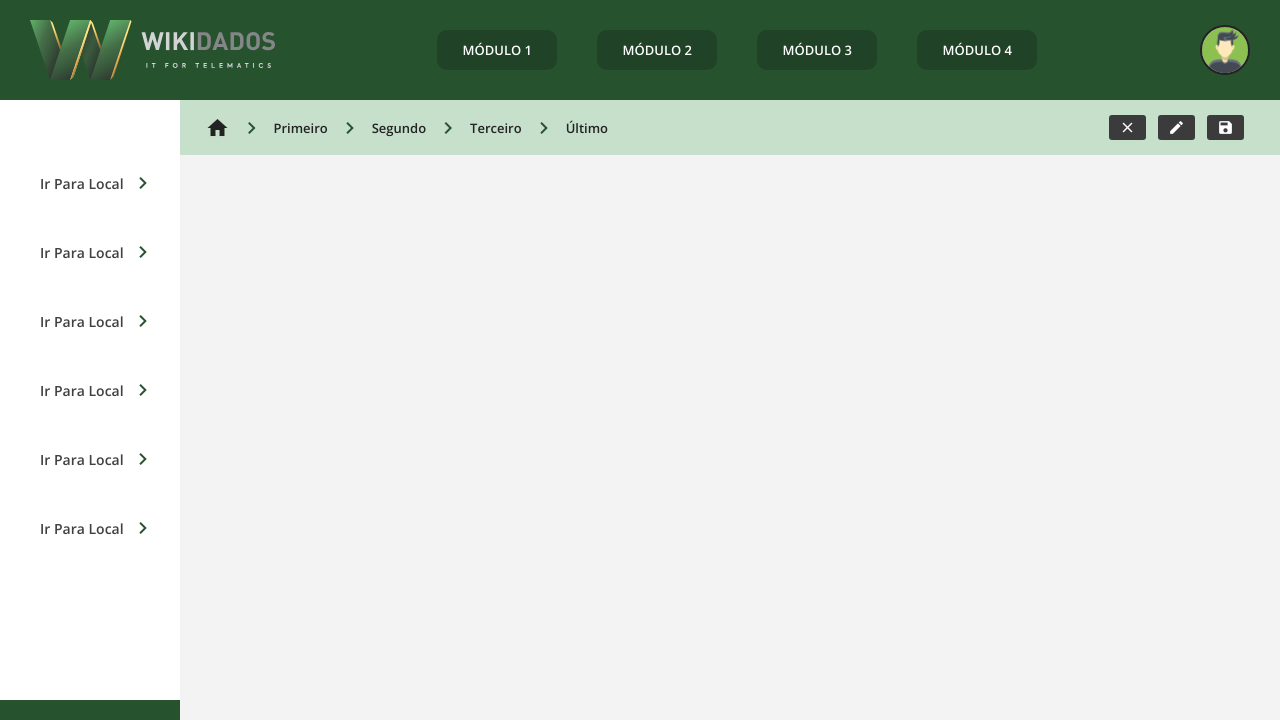
Repository: AlexDjon/alexdjon.github.io
Page: wiki-relayout/index.html
These files come from the project's save history. The page is drawn as it stood at one moment and after the next save; the edit follows.
The browser window is 1280 px wide. The pictures show the whole page.

Above is the page before, as saved 2020-08-12 16:00:43.

### wiki-relayout/index.html
<!DOCTYPE html>
<html lang="pt-br">

<head>
  <meta charset="UTF-8">
  <meta name="viewport" content="width=device-width, initial-scale=1.0">
  <title>Wiki - Relayout</title>

  <link rel="shotcut icon" href="https://wikidados.com.br/assets/wiki/img/logos/favicon.ico">
  <link href="https://fonts.googleapis.com/icon?family=Material+Icons" rel="stylesheet">
  <link href="https://fonts.googleapis.com/css2?family=Open+Sans:wght@400;600;700&display=swap" rel="stylesheet">
  <link rel="stylesheet" href="css/styles.css">
</head>

<body>
  <header class="cabecalho">
    <img src="img/logo.svg" alt="Logo Wiki" class="logo">

    <div class="modulos">
      <button>Módulo 1</button>
      <button>Módulo 2</button>
      <button>Módulo 3</button>
      <button>Módulo 4</button>
    </div>

    <button class="user">
    </button>
  </header>

  <aside class="areas">
    <ul>
      <li><i class="material-icons">donut_large</i> Editar perfil</li>
      <li><i class="material-icons">grade</i> Favoritos</li>
      <li><i class="material-icons">history</i> Histórico</li>
      <li><i class="material-icons">power_settings_new</i> Sair</li>
    </ul>
  </aside>

  <main class="conteudo">
    <nav class="navbar">
      <ul class="menu">
        <li>Ir para local <i class="material-icons">chevron_right</i></li>
        <li>Ir para local <i class="material-icons">chevron_right</i></li>
        <li>Ir para local <i class="material-icons">chevron_right</i></li>
        <li>Ir para local <i class="material-icons">chevron_right</i></li>
        <li>Ir para local <i class="material-icons">chevron_right</i></li>
        <li>Ir para local <i class="material-icons">chevron_right</i></li>
      </ul>
    </nav>

    <div class="meio">
      <div class="barra">
        <ul class="caminho">
          <li>
            <i class="material-icons">home</i>
          </li>
          <li id="separator">
            <i class="material-icons">chevron_right</i>
          </li>
          <li>
            Primeiro
          </li>
          <li id="separator">
            <i class="material-icons">chevron_right</i>
          </li>
          <li>
            Segundo
          </li>
          <li id="separator">
            <i class="material-icons">chevron_right</i>
          </li>
          <li>
            Terceiro
          </li>
          <li id="separator">
            <i class="material-icons">chevron_right</i>
          </li>
          <li>
            Último
          </li>
        </ul>

        <div class="list-buttons">
          <button>
            <i class="material-icons">close</i>
          </button>
          <button>
            <i class="material-icons">edit</i>
          </button>
          <button>
            <i class="material-icons">save</i>
          </button>
        </div>
      </div>

    </div>

  </main>

  <script src="js/scripts.js"></script>
</body>

</html>

### wiki-relayout/css/styles.css
* {
  padding: 0;
  margin: 0;
  font-weight: 100%;
  font-family: 'Open Sans', sans-serif;
  border: 0;
  outline: 0;
  box-sizing: border-box;
}

body {
  background: #f3f3f3;
}

:root {
  --verdeW: #26522e;
  --verdeW2: #204226;
  --verdeW-semi: #c6e0cc;
  --verde: #32a852;
  --black: #232323;
  --black2: #414141;
  --white: #ffffff;
  --grey: #3b3b3b;
  --shadow: -4px 4px 8px 0px rgba(10, 10, 10, 0.27);
}

/* CABECALHO */
.cabecalho {
  width: 100%;
  height: 100px;
  background: var(--verdeW);
  padding: 10px 30px;
  display: flex;
  justify-content: space-between;
  align-items: center;
}

.cabecalho .logo {
  height: 60px;
}

.cabecalho .modulos {
  display: flex;
}
.cabecalho .modulos button {
  margin: 0 20px;
  width: 120px;
  height: 40px;
  border-radius: 10px;
  background-color: var(--verdeW2);
  color: var(--white);
  font-size: 13px;
  text-transform: uppercase;
  font-weight: 600;
  cursor: pointer;
  transition: filter 0.3s;
}
.cabecalho .modulos button:hover {
  filter: brightness(90%);
}
.cabecalho .user {
  height: 50px;
  width: 50px;
  border-radius: 50%;
  border: solid 2px var(--black);

  background-image: url(../img/avatar1.png);
  background-size: cover;
  background-position: center center;

  cursor: pointer;
}

/* AREAS */
.areas {
  display: none;
  min-width: 150px;
  position: absolute;
  top: 100px;
  right: 0;
  background-color: var(--white);
  box-shadow: var(--shadow);
}
.areas.ativo {
  display: block;
}
.areas ul {
  list-style: none;
  padding: 15px 20px;
}
.areas ul li {
  margin: 12px 0;
  font-size: 14px;
  color: var(--black2);

  display: flex;
  justify-content: flex-start;
  align-items: center;
  transition: color 0.3s;
  cursor: pointer;
}
.areas ul li:hover {
  color: var(--black);
}
.areas ul li i {
  margin-right: 8px;
  font-size: 17px;
  color: var(--verdeW);
}


/* NAVBAR */
.navbar {
  width: 210px;
  height: calc(100vh - 100px);
  background: var(--white);
  border-bottom: solid 20px var(--verdeW);
}
.navbar .menu {
  padding: 50px 0 50px 30px;
  display: flex;
  flex-direction: column;
  justify-content: flex-start;
  align-items: flex-start;
  list-style: none;
}
.navbar .menu li {
  margin: 14px 0;
  text-transform: capitalize;
  font-weight: 600;
  color: var(--black2);
  font-size: 14px;
  padding: 7px 3px 10px 10px;
  /* border-bottom: solid 1px var(--white);
  border-radius: 0 0 5px 0; */

  display: flex;
  justify-content: space-between;
  align-items: center;

  cursor: pointer;
}
.navbar .menu li i {
  margin-left: 7px;
  color: var(--black2);
}
.navbar .menu li i {
  color: var(--verdeW);
}


/* CONTEUDO */
.conteudo {
  width: 100%;
  height: calc(100vh - 100px);

  display: flex;
}

.meio {
  width: 100%;
  display: flex;
  flex-direction: column;
}

.meio .barra {
  width: 100%;
  height: 55px;
  padding: 0 20px;
  margin-bottom: 10px;
  background-color: var(--verdeW-semi);
  display: flex;
  justify-content: space-between;
  align-items: center;
}
/*
.meio .barra div#separator span i {
  margin: 0 5px;
  color: var(--verdeW);
} */
.meio .barra .caminho {
  height: 55px;
  display: flex;
  align-items: center;
  list-style: none;
}
.meio .barra .caminho li {
  height: 55px;
  margin: 0 5px;
  font-size: 13px;
  font-weight: 600;
  color: var(--black);
  display: flex;
  align-items: center;
}
.meio .barra .caminho li:not(#separator) {
  cursor: pointer;
}

.meio .barra .caminho li#separator {
  color: var(--verdeW);
}

.list-buttons {
  margin: 0 10px;
  display: flex;
}
.list-buttons button {
  padding: 4px 10px;
  margin: 0 6px;
  border-radius: 3px;
  display: flex;
  justify-content: center;
  align-items: center;
  background: var(--grey);
}
.list-buttons button i {
  font-size: 17px;
  color: var(--white);
}
.list-buttons button:nth-child(1) {}
.list-buttons button:nth-child(2) {}
.list-buttons button:nth-child(3) {}

### wiki-relayout/js/scripts.js
function getItem(info) {
  return document.querySelector(info)
}

getItem('.user').addEventListener('click', () => {
  getItem('.areas').classList.toggle('ativo')
})

After the next save:
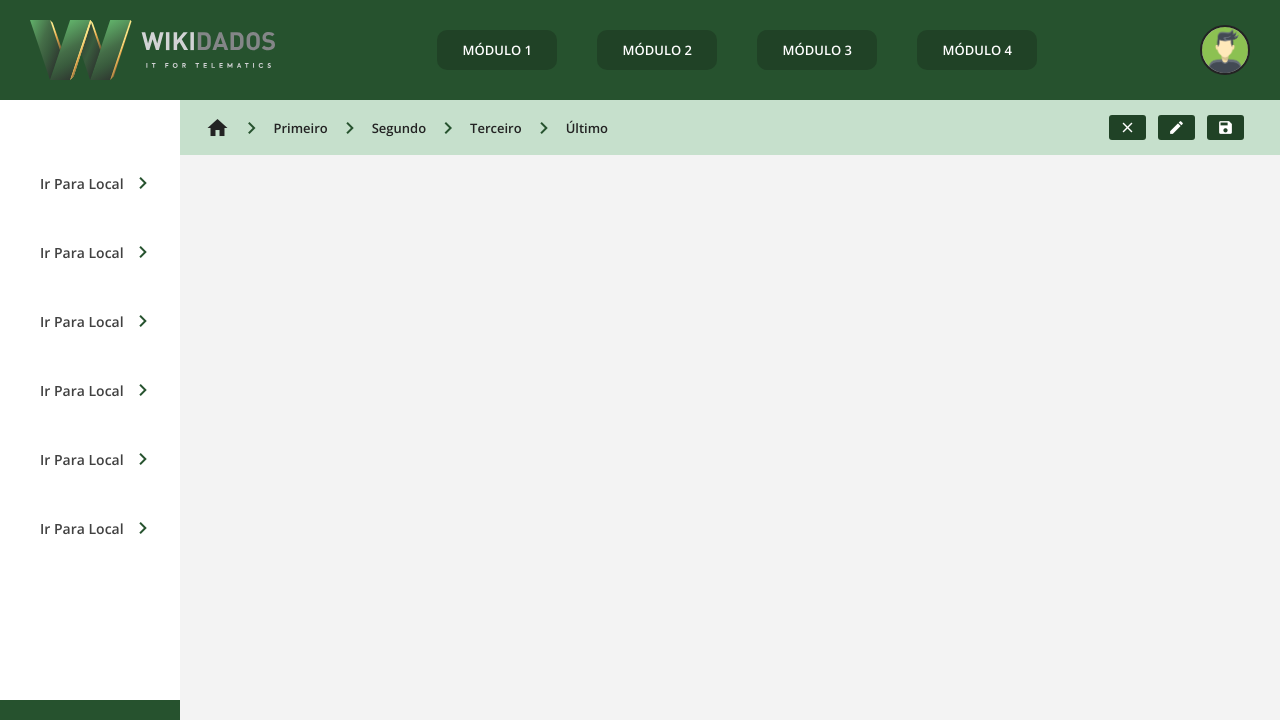
Saved 11 s later.
--- a/wiki-relayout/css/styles.css
+++ b/wiki-relayout/css/styles.css
@@ -212,7 +212,7 @@ body {
   display: flex;
   justify-content: center;
   align-items: center;
-  background: var(--grey);
+  background: var(--verdeW2);
 }
 .list-buttons button i {
   font-size: 17px;
